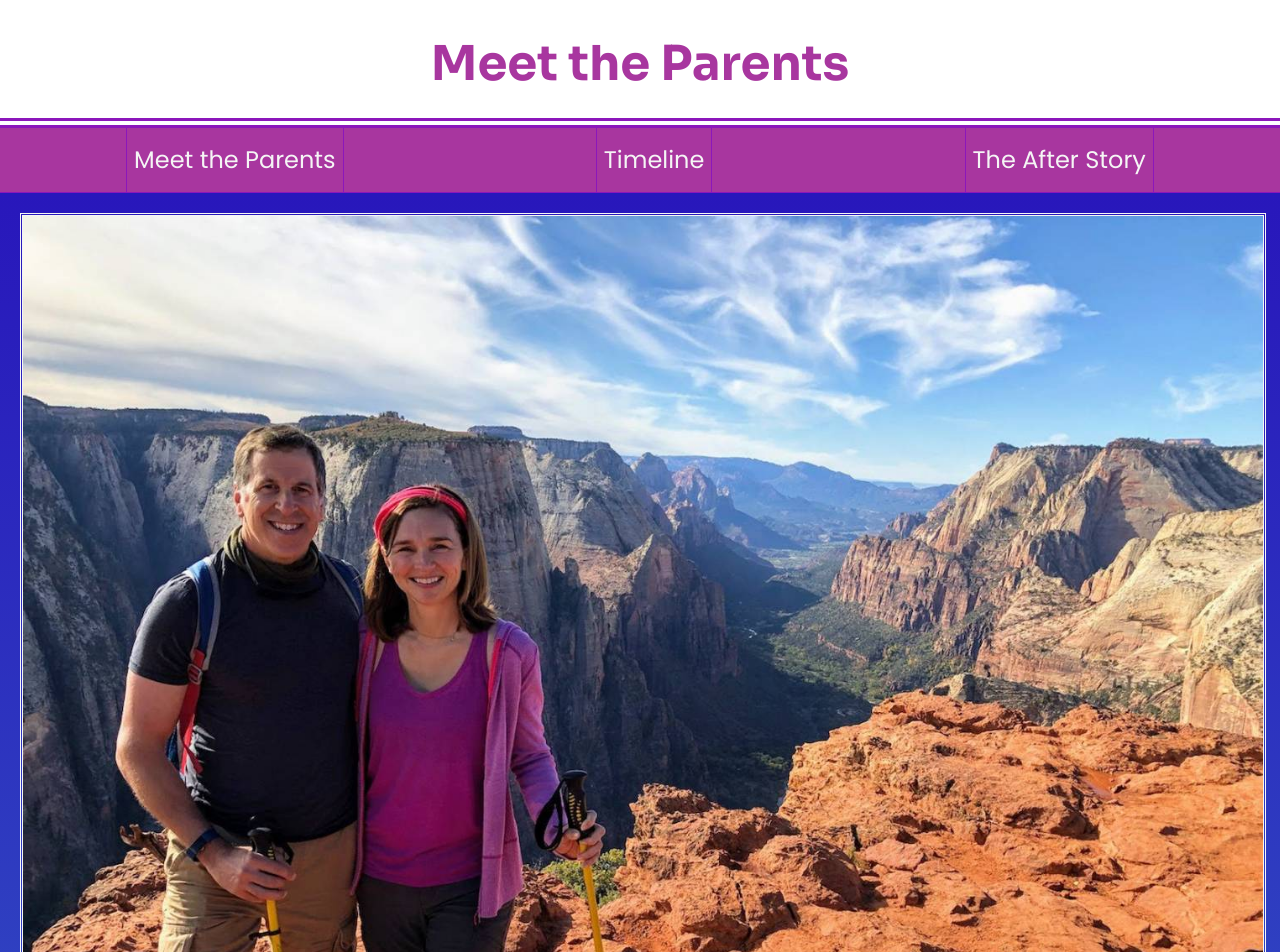
Repository: Sbethm/parents-tribute
Page: timeline.html
The author's editor kept a copy of each file at every save. The page is drawn from the files as they stood at one save, then again after the next save.
The browser window is 1280 px wide. The page is 1282 px wide, so the pictures cover 1282 px, including what lies to the right of the window. The pictures show the part of the page from y = 0 to 952 px (the page is 3320 px tall).

Above is the page before, as saved 2021-02-11 17:37:59.

After the next save:
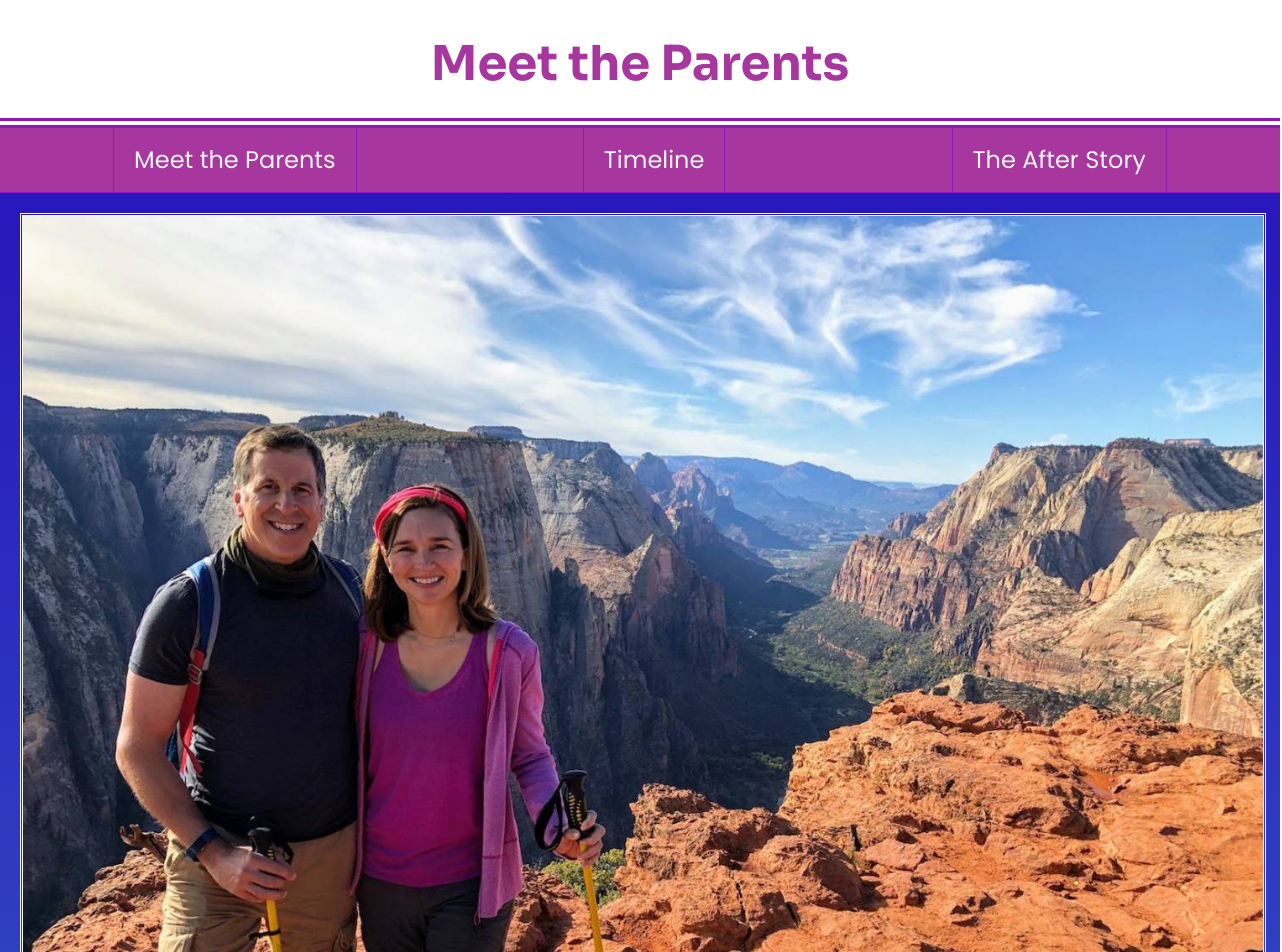
Saved 7 s later.
--- a/style.css
+++ b/style.css
@@ -348,7 +348,7 @@ footer {
     }
 
     a {
-        padding: 20px 7px;
+        padding: 20px;
         background-color: rgb(168, 54, 159);
         font-family: 'Poppins', sans-serif;
         font-size: 1.5em;
